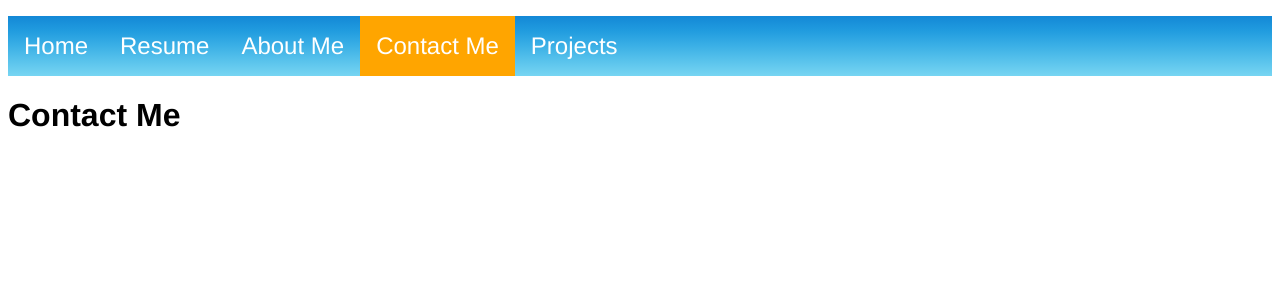
Repository: TangDylan/TangDylan.github.io
Page: contactme.html
The author's editor kept a record of every edit. The page is drawn from the files as they stood at one moment, then again after the next edit.
The browser window is 1280 px wide. The pictures show the whole page.

Above is the page before.

### contactme.html
<!DOCTYPE html>
<html>
    <head>

        <title>Project 1</title>

        <link rel="stylesheet" type="text/css" href="style.css">

    </head>

    <body>

      <ul class="navbar">
        <li><a href="index.html">Home</a></li>
        <li><a href="resume.html">Resume</a></li>
        <li><a href="aboutme.html">About Me</a></li>
        <li class="active"><a href="contactme.html">Contact Me</a></li>
        <li class="dropdown">
          <div>Projects</div>
          <ul class="dropdown-content">
            <li><a href="project1.html">Project 1</a></li>
            <li><a href="project2.html">Project 2</a></li>
            <li><a href="project3.html">Project 3</a></li>

          </ul>

        </li>

      </ul>

        <h1>
          Contact Me
        </h1>


    </body>

</html>

### style.css

          * {
            font-family:helvetica;
          }

          .navbar {
            list-style:none;
            background-image: linear-gradient(to bottom, #1388d6, #219cdf, #3bb0e6, #59c3ec, #77d5f2);
            overflow:hidden;
            padding:0;

          }

          .navbar a, .dropdown div {
            text-decoration:none;
            color:white;
            font-size:24px;
            padding: 16px;
            display:inline-block
          }

          .navbar li {
            float:left;
          }

          .navbar li:hover {
          background-color: #77d5f2;
          }

          .dropdown-content {
            list-style:none;
            padding:0;
            display:none;
            position:absolute;
            z-index:1;
            background-color:black;
          }

          .dropdown-content li {
            float:none;
          }

          .dropdown:hover .dropdown-content {
           display:block;
           background-image: linear-gradient(to bottom, #ffbf29, #ffc53f, #ffca52, #ffd063, #ffd573);
          }

          .active {
           background-color:orange;
          }

After the next edit:
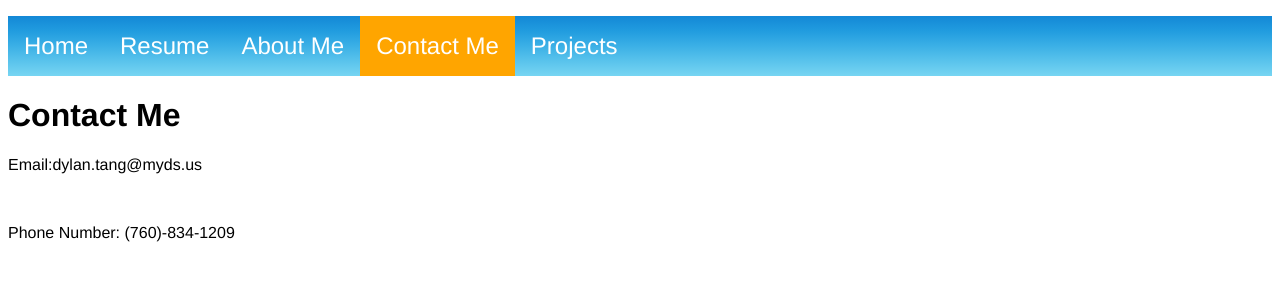
The edit:
--- a/contactme.html
+++ b/contactme.html
@@ -31,7 +31,9 @@
         <h1>
           Contact Me
         </h1>
-
+        <p>Email:dylan.tang@myds.us</p>
+        <br>
+        <p>Phone Number: (760)-834-1209</p>
 
     </body>
 
